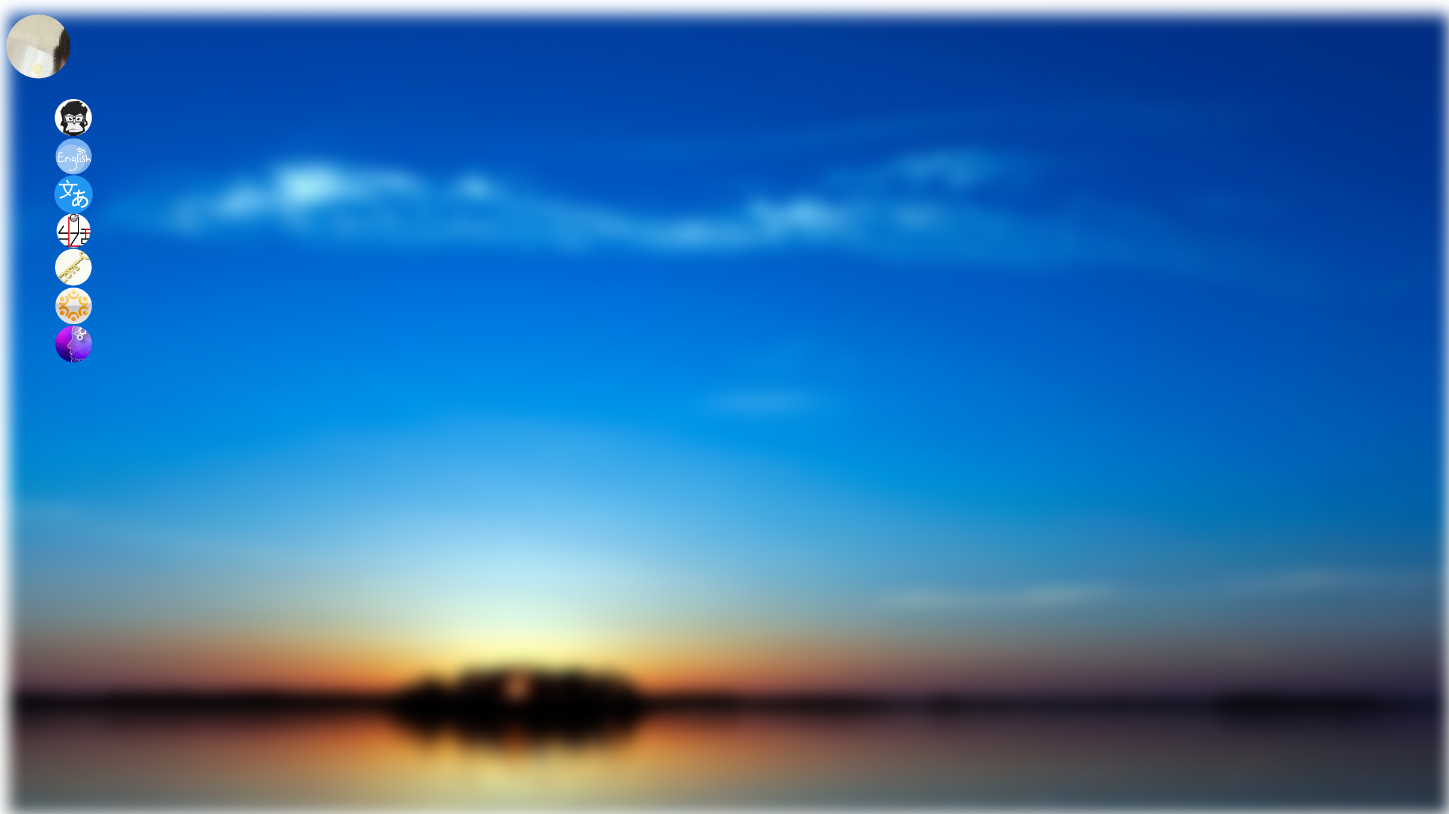
Repository: lidasi/monkeyLife
Page: http://localhost/monkeyLife/jsp/menubar.jsp
An editor plug-in stored every save of this project. The page is shown before and after the next save, followed by the edit.
The browser window is 1280 px wide. The page is 1811 px wide, so the pictures cover 1811 px, including what lies to the right of the window. The pictures show the whole page, at 80% of full size.
The page is served by Tomcat 9.

Above is the page before, as saved 2017-07-13 09:14:12.

After the next save:
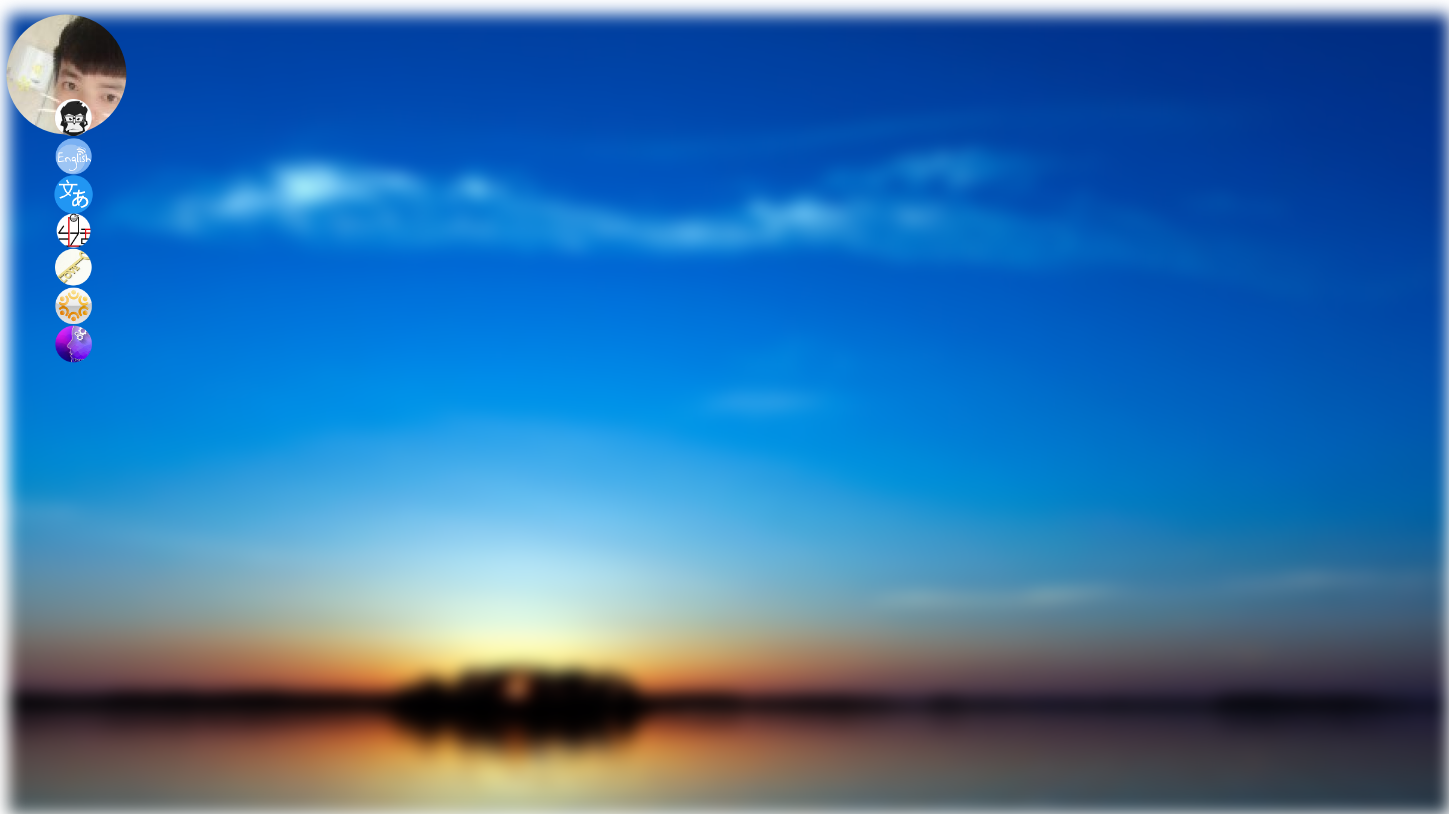
Saved 24 s later.
--- a/workSpeaces/monkeyLife/WebContent/css/menu.css
+++ b/workSpeaces/monkeyLife/WebContent/css/menu.css
@@ -33,8 +33,8 @@
     }
 }
 #headPortrait {
-	width: 80px;
-	height: 80px;
+	width: 150px;
+	height: 150px;
 	position: absolute;
 	background: url("../image/dock/headPortrait.jpg") no-repeat;
 	border-radius:50%;
